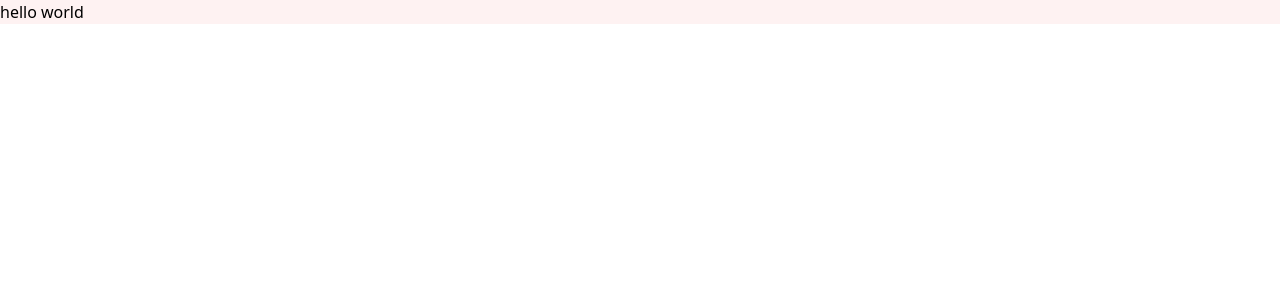
Repository: Pema-yangki/Css
Page: tailwind.html
These files come from the project's save history. The page is drawn as it stood at one moment and after a run of saves; the edit follows.
The browser window is 1280 px wide. The pictures show the whole page.
Some web libraries are served in a nearby version.

Above is the page before, as saved 2024-04-12 10:21:18.

After the next 2 saves:
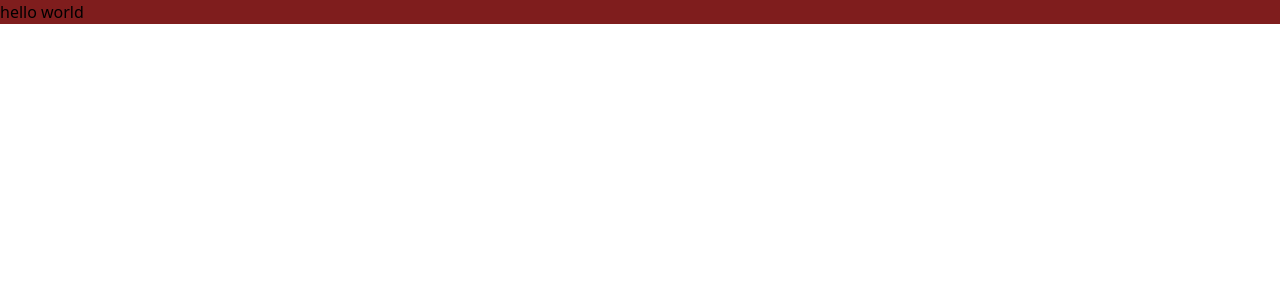
The 2 saves are shown as one change because they came seconds apart.
The last was saved 15 s later.
--- a/tailwind.html
+++ b/tailwind.html
@@ -7,7 +7,7 @@
     <script src="http://cdn.tailwindcss.com"></script>
 </head>
 <body>
-    <div class="bg-red-50">
+    <div class="bg-red-900">
         <h1>hello world</h1>
     </div>
 </body>
